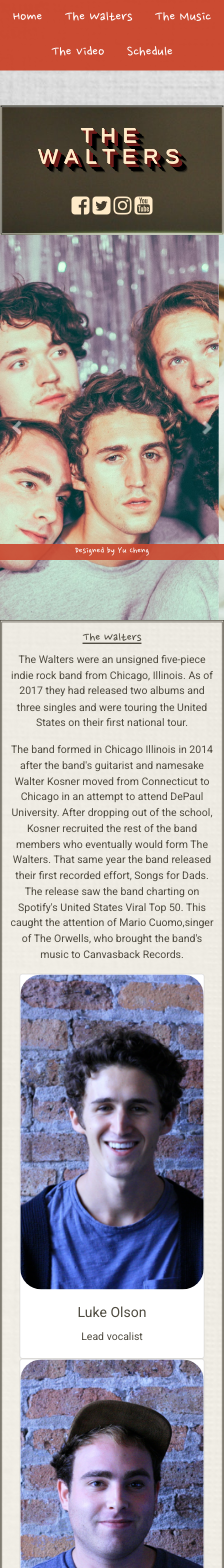
Repository: yucheng91/CIassignment1
Page: index.html
The author's editor kept a record of every edit. The page is drawn from the files as they stood at one moment, then again after the next edit.
The browser window is 320 px wide. The pictures show the part of the page from y = 0 to 2240 px (the page is 5806 px tall before and 5756 px after), at 70% of full size.
Backgrounds fixed to the window are drawn as part of the page.

Above is the page before.

### index.html
<!doctype html>
<html lang="en">

<head>
  <!-- Required meta tags -->
  <meta charset="utf-8">
  <meta name="viewport" content="width=device-width, initial-scale=1, shrink-to-fit=no">

  <!-- Bootstrap CSS -->
  <link rel="stylesheet" href="https://stackpath.bootstrapcdn.com/bootstrap/4.3.1/css/bootstrap.min.css" integrity="sha384-ggOyR0iXCbMQv3Xipma34MD+dH/1fQ784/j6cY/iJTQUOhcWr7x9JvoRxT2MZw1T" crossorigin="anonymous">
  <link rel="stylesheet" href="style.css" type="text/css" />
  <link rel="stylesheet" href="https://maxcdn.bootstrapcdn.com/font-awesome/4.7.0/css/font-awesome.min.css" type="text/css" />
  <link href="https://fonts.googleapis.com/css?family=Roboto&display=swap" rel="stylesheet">  <link href="https://fonts.googleapis.com/css?family=Space+Mono&display=swap" rel="stylesheet">
  <link href="https://fonts.googleapis.com/css?family=Righteous&display=swap" rel="stylesheet">
  <link href="https://fonts.googleapis.com/css?family=Nanum+Pen+Script&display=swap" rel="stylesheet">
  <script src="https://code.jquery.com/jquery-3.4.1.js" integrity="sha256-WpOohJOqMqqyKL9FccASB9O0KwACQJpFTUBLTYOVvVU=" crossorigin="anonymous"></script>
  <title>The Walters</title>
</head>

<body>
  <header>
    <ul class="nav justify-content-center">
      <li class="nav-item">
        <a class="nav-link active" href="#navhome">Home</a>
      </li>
      <li class="nav-item">
        <a class="nav-link" href="#navwalters">The Walters</a>
      </li>
      <li class="nav-item">
        <a class="nav-link" href="#navmusic">The Music</a>
      </li>
      <li class="nav-item">
        <a class="nav-link" href="#navvideo">The Video</a>
      </li>
      <li class="nav-item">
        <a class="nav-link" href="#navschedule">Schedule</a>
      </li>
    </ul>
  </header>

  <section id="content">
    <section id="title">
      <div class="container-fluid">
        <div class="row">
          <div class="col">
            <span id="navhome" class="anchor"></span>
            <div class="vintage__container">
              <p class="vintage vintage__bot">THE WALTERS</p>
            </div>
          </div>
        </div>
        <div>
          <a href="https://www.facebook.com/TheWaltersband"><i class="fa fa-facebook-square fa-2x" aria-hidden="true"></i></a>
          <a href="https://twitter.com/TheWalters_"><i class="fa fa-twitter-square fa-2x" aria-hidden="true"></i></a>
          <a href="https://www.instagram.com/thewalters_/?hl=en"><i class="fa fa-instagram fa-2x" aria-hidden="true"></i></a>
          <a href="https://www.youtube.com/channel/UCm54E8Hlf_z1GIpVUChBTQA"><i class="fa fa-youtube-square fa-2x" aria-hidden="true"></i></a>
        </div>
      </div>
      </div>
      </br>
    </section>

    <section id="thecarousel">
      <div id="carouselExampleControls" class="carousel slide" data-ride="carousel">
        <div class="carousel-inner">
          <div class="carousel-item active">
            <img class="d-block w-100" src="images/c1.jpg" alt="The Walters Group Photo 1">
          </div>
          <div class="carousel-item">
            <img class="d-block w-100" src="images/c2.jpg" alt="The Walters Group Photo 2">
          </div>
          <div class="carousel-item">
            <img class="d-block w-100" src="images/c3.jpg" alt="The Walters Group Photo 3">
          </div>
        </div>
        <a class="carousel-control-prev" href="#carouselExampleControls" role="button" data-slide="prev">
    <span class="carousel-control-prev-icon" aria-hidden="true"></span>
    <span class="sr-only">Previous</span>
  </a>
        <a class="carousel-control-next" href="#carouselExampleControls" role="button" data-slide="next">
    <span class="carousel-control-next-icon" aria-hidden="true"></span>
    <span class="sr-only">Next</span>
  </a>
      </div>
    </section>

    <section id="themembers">
      <span id="navwalters" class="anchor"></span>
      <h1>The Walters</h1>
      <div class="text-content">
        <p>The Walters were an unsigned five-piece indie rock band from Chicago, Illinois. As of 2017 they had released two albums and three singles and were touring the United States on their first national tour.</p>
        <p>The band formed in Chicago Illinois in 2014 after the band's guitarist and namesake Walter Kosner moved from Connecticut to Chicago in an attempt to attend DePaul University. After dropping out of the school, Kosner recruited the rest of the band
          members who eventually would form The Walters. That same year the band released their first recorded effort, Songs for Dads. The release saw the band charting on Spotify's United States Viral Top 50. This caught the attention of Mario Cuomo,singer
          of The Orwells, who brought the band's music to Canvasback Records.</p>
        <div class="container-fluid">
          <div class="row">
            <div class="col-3"></div>
            <div class="col-12 col-md-3 card-padding">
              <div class="card">
                <img class="card-img-top" src="images/lukeolson.png" alt="Luke Olson Photo">
                <div class="card-body">
                  <h5 class="card-title">Luke Olson</h5>
                  <p class="card-text">Lead vocalist</p>
                </div>
              </div>
            </div>
            <div class="col-12 col-md-3 card-padding">
              <div class="card">
                <img class="card-img-top" src="images/walterkosner.png" alt="Walter Kosner Photo">
                <div class="card-body">
                  <h5 class="card-title">Walter Kosner</h5>
                  <p class="card-text">Lead guitarist</p>
                </div>
              </div>
            </div>
            <div class="col-3"></div>
          </div>
          <div class="row">
            <div class="col"></div>
            <div class="col-12 col-md-3 card-padding">
              <div class="card">
                <img class="card-img-top" src="images/charlieekhaus.jpeg" alt="Charlie Ekhaus Photo">
                <div class="card-body">
                  <h5 class="card-title">Charlie Ekhaus</h5>
                  <p class="card-text">Drummer</p>
                </div>
              </div>
            </div>
            <div class="col-12 col-md-3 card-padding">
              <div class="card">
                <img class="card-img-top" src="images/mjtirabassi.jpeg" alt="Michael Tirabassi Photo">
                <div class="card-body">
                  <h5 class="card-title">Michael Tirabassi</h5>
                  <p class="card-text">Vocalist</p>
                </div>
              </div>
            </div>
            <div class="col-12 col-md-3 card-padding">
              <div class="card">
                <img class="card-img-top" src="images/dannywells.png" alt="Danny Wells photo">
                <div class="card-body">
                  <h5 class="card-title">Danny Wells</h5>
                  <p class="card-text">Bass</p>
                </div>
              </div>
            </div>
            <div class="col"></div>
          </div>
        </div>
      </div>
    </section>

    <section id="themusic">
      <span id="navmusic" class="anchor"></span>
      <h1>The Music</h1>
      <div class="container-fluid">
        <div class="row">
          <div class="col-2"></div>
          <div class="col-12 col-md-4">
            <iframe src="https://open.spotify.com/embed/album/3MFTbUnA8C9T6KCBb0gpH5" style="border: 0; width: 100%; height: 380px;" allowfullscreen allow="autoplay; encrypted-media"></iframe>
          </div>
          <div class="col-12 col-md-4">
            <iframe src="https://open.spotify.com/embed/album/5ADia0t4o7pA8dyi8jRA4E" style="border: 0; width: 100%; height: 380px;" allowfullscreen allow="autoplay; encrypted-media"></iframe>
          </div>
          <div class="col-2"></div>
    </section>

    <section id="thevideo">
      <span id="navvideo" class="anchor"></span>
      <h1>The Video</h1>
      <div class="embed-responsive embed-responsive-16by9">
        <iframe class="embed-responsive-item" src="https://www.youtube.com/embed/5zfrnme2nJ4" allowfullscreen></iframe>
      </div>
    </section>

    <section id="schedule">
      <span id="navschedule" class="anchor"></span>
        <h1>Schedule 2019</h1>
      <div class="text-content">
        <div class="container-fluid">
          <div class="row">
            <div class="col-12 col-md-3">
              <p>26 July, 8:30pm</p>
            </div>
            <div class="col-12 col-md-6">
              <p>Hard Rock Hotel, Resort World Sentosa</p>
            </div>
            <div class="col-12 col-md-3 text-center">
              <a href="https://www.eventbrite.sg"><button type="button" class="btn btn-dark">RSVP</button></p></a>
            </div>
          </div>
          <div class="row">
            <div class="col-12 col-md-3">
              <p>30 August, 8pm</p>
            </div>
            <div class="col-12 col-md-6">
              <p>Hard Rock Cafe, Orchard Singapore</p>
            </div>
            <div class="col-12 col-md-3 text-center">
              <a href="https://www.eventbrite.sg"><button type="button" class="btn btn-dark">RSVP</button></p></a>
            </div>
          </div>
          <div class="row">
            <div class="col-12 col-md-3">
              <p>27 September, 8:30pm</p>
            </div>
            <div class="col-12 col-md-6">
              <p>Hard Rock Hotel, Resort World Sentosa</p>
            </div>
            <div class="col-12 col-md-3 text-center">
              <a href="https://www.eventbrite.sg"><button type="button" class="btn btn-dark">RSVP</button></p></a>
            </div>
          </div>
          <div class="row">
            <div class="col-12 col-md-3">
              <p>26 October, 8pm</p>
            </div>
            <div class="col-12 col-md-6">
              <p>Hard Rock Cafe, Orchard Singapore</p>
            </div>
            <div class="col-12 col-md-3 text-center">
              <a href="https://www.eventbrite.sg"><button type="button" class="btn btn-dark">RSVP</button></p></a>
            </div>
          </div>
        </div>
      </div>
    </section>
  </section>

  <footer>
    <p>Designed by Yu Cheng</p>
  </footer>

  <!-- Optional JavaScript -->
  <!-- jQuery first, then Popper.js, then Bootstrap JS -->
  <script type="text/javascript" src="jquery.js"></script>
  <script src="https://cdnjs.cloudflare.com/ajax/libs/popper.js/1.14.7/umd/popper.min.js" integrity="sha384-UO2eT0CpHqdSJQ6hJty5KVphtPhzWj9WO1clHTMGa3JDZwrnQq4sF86dIHNDz0W1" crossorigin="anonymous"></script>
  <script src="https://stackpath.bootstrapcdn.com/bootstrap/4.3.1/js/bootstrap.min.js" integrity="sha384-JjSmVgyd0p3pXB1rRibZUAYoIIy6OrQ6VrjIEaFf/nJGzIxFDsf4x0xIM+B07jRM" crossorigin="anonymous"></script>
</body>

</html>

### style.css
/*vintage container for the walters header*/

.vintage__container {
  display: inline-block;
  margin: 25px auto 40px;
}

.vintage {
  font-family: 'Six Caps', sans-serif;
  font-size: 50px;
  letter-spacing: 10px;
  line-height: 1;
  margin: 0;
  position: relative;
}

.vintage__top {
    color:rgb(255, 228, 193);
    position: absolute;
}

.vintage__bot {
  text-shadow:
    0px 0px rgb(255, 228, 193),
    1px 1px rgb(255, 228, 193),
    2px 2px rgb(100, 20, 15),
    3px 3px rgb(105, 25, 20),
    4px 4px rgb(110, 30, 25),
    5px 5px rgb(115, 30, 30),
    6px 6px rgb(120, 30, 35),
    7px 7px black,
    8px 8px black,
    9px 9px black,
    10px 10px black,
    11px 11px rgba(0, 0, 0, 0.9),
    12px 12px rgba(0, 0, 0, 0.7),
    13px 13px rgba(0, 0, 0, 0.5),
    14px 14px rgba(0, 0, 0, 0.1);

}

/*Style for entire website*/

body {
    text-align:center;
    background:url("images/background2.jpg");
}

header {
    position: fixed;
    top: 0;
    width: 100%;
    background-color:rgba(202, 72, 46, 0.98);
    z-index:1;
}

header a{
    color:white;
    font-family: 'Nanum Pen Script', cursive;
    font-size:23px;
}

#title {
    color:rgb(255, 235, 201);
    background:url("images/disc.jpg");
    background-attachment:fixed;
    border-color:rgba(241, 237, 226, 0.75);
    border-width:3px;
    border-style:double;
}

i {
    color:rgb(255, 235, 201);
}

/*img is only for carousel*/
img {
    height: 550px;
    width: 100%;
    object-fit: cover;
}

#schedule{
    background-color:rgba(241, 237, 226, 0.75);
    color:rgb(80,76,65);
    border-width:3px;
    border-style:double;
    margin-bottom:22px;
    padding:10px;
}

.text-content {
    font-family: 'Roboto', cursive;
}

#themembers{
    background-color:rgba(241, 237, 226, 0.75);
    color:rgb(80,76,65);
    padding:10px;
    border-width:3px;
    border-style:double;
}

#themembers img{
    border-radius: 30px;
    height:450px;
}

#themusic{
    background-color:rgba(255, 120, 88, 0.75);
    color:rgb(144,67,41);
    padding:10px;
}

#thevideo{
    color:white;
    padding:10px;
    background:url("images/music.jpg");
    background-attachment:fixed;
}

#thevideo h1{
    background-color:rgba(0, 0, 0, 0.75);
}

h1 {
    font-family: 'Nanum Pen Script', cursive;
    text-decoration:underline;
}

/* to ensure all content starts after nav bar*/
#content {
    margin-top: 50px;
    z-index:-1;
}

footer {
    position: fixed;
    bottom: 0;
    width: 100%;
    padding:0;
    height:23px;
    background-color:rgba(202, 72, 46, 0.9);
    color:white;
    font-family: 'Nanum Pen Script', cursive;
}

/*anchor class to ensure that navbar will not be blocking the section title when clicked.*/
.anchor{
  display: block;
  height: 60px;
  margin-top: -60px;
  visibility: hidden;
}

/*Font change to address the size change*/
@media (max-width: 535px) {
    #content {
        font-size: 15px;
        margin-top:100px;
    }
    .vintage {
        font-size:40px;
    }

    h1 {
        font-size: 27px;
    }

    p {
        font-size: 15px;
    }
    .anchor{
      display: block;
      height: 110px;
      margin-top: -110px;
      visibility: hidden;
    }
}

@media (max-width:330px) {
    .vintage {
        font-size:30px;
    }

    #content {
        font-size: 15px;
        margin-top:150px;
    }

    h1 {
        font-size:20px;
    }

    .anchor{
      display: block;
      height: 160px;
      margin-top: -160px;
      visibility: hidden;
    }

}

@media (max-width:320px) {


    #content {
        font-size: 15px;
        margin-top:150px;
    }

}

### jquery.js
/* global $ */

$("#thecarousel").hide();
$("#upcomingshow").hide();
$("#themembers").hide();
$("#themusic").hide();
$("#thevideo").hide();

$(function(){
    $("#thecarousel").fadeIn(2000);
    $("#upcomingshow").fadeIn(2500);
    $("#themembers").fadeIn(3000);
    $("#themusic").fadeIn(3500);
    $("#thevideo").fadeIn(4000);
})

After the next edit:
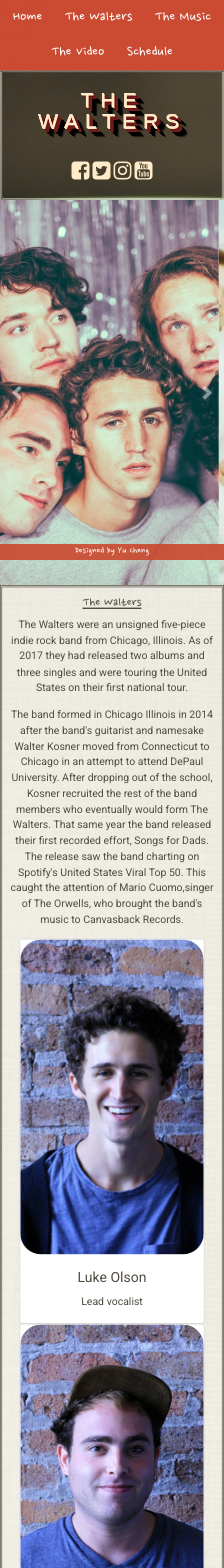
The edit:
--- a/style.css
+++ b/style.css
@@ -205,8 +205,7 @@
 
 
     #content {
-        font-size: 15px;
-        margin-top:150px;
-    }
-
-}
+        margin-top:100px;
+    }
+
+}
